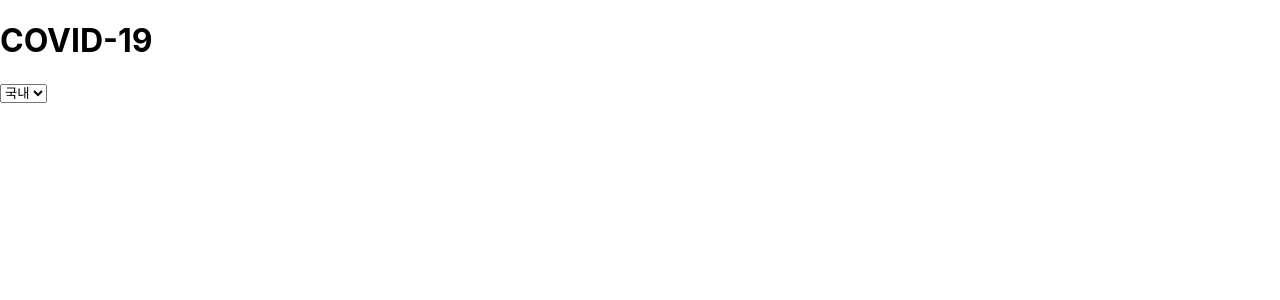
Repository: WOOBINKIM930518/test
Page: /
The author's editor kept a copy of each file at every save. The page is drawn from the files as they stood at one save, then again after the next save.
The browser window is 1280 px wide. The pictures show the whole page.
The project was rebuilt for these pictures with package versions that can differ from the ones it lists, and the page was loaded fresh each time.

Above is the page before, as saved 2022-01-12 21:53:10.

After the next save:
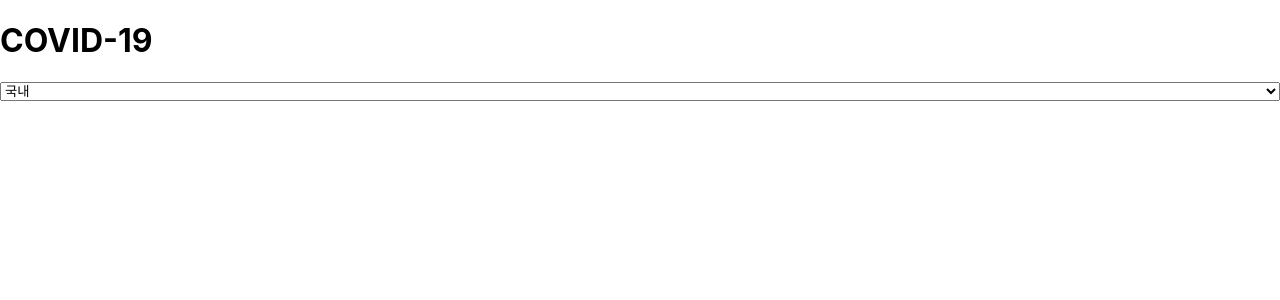
Saved 40 s later.
--- a/src/App.css
+++ b/src/App.css
@@ -1,4 +1,4 @@
-.app{
+.App{
   display: flex;
   flex-direction: column;
 }
